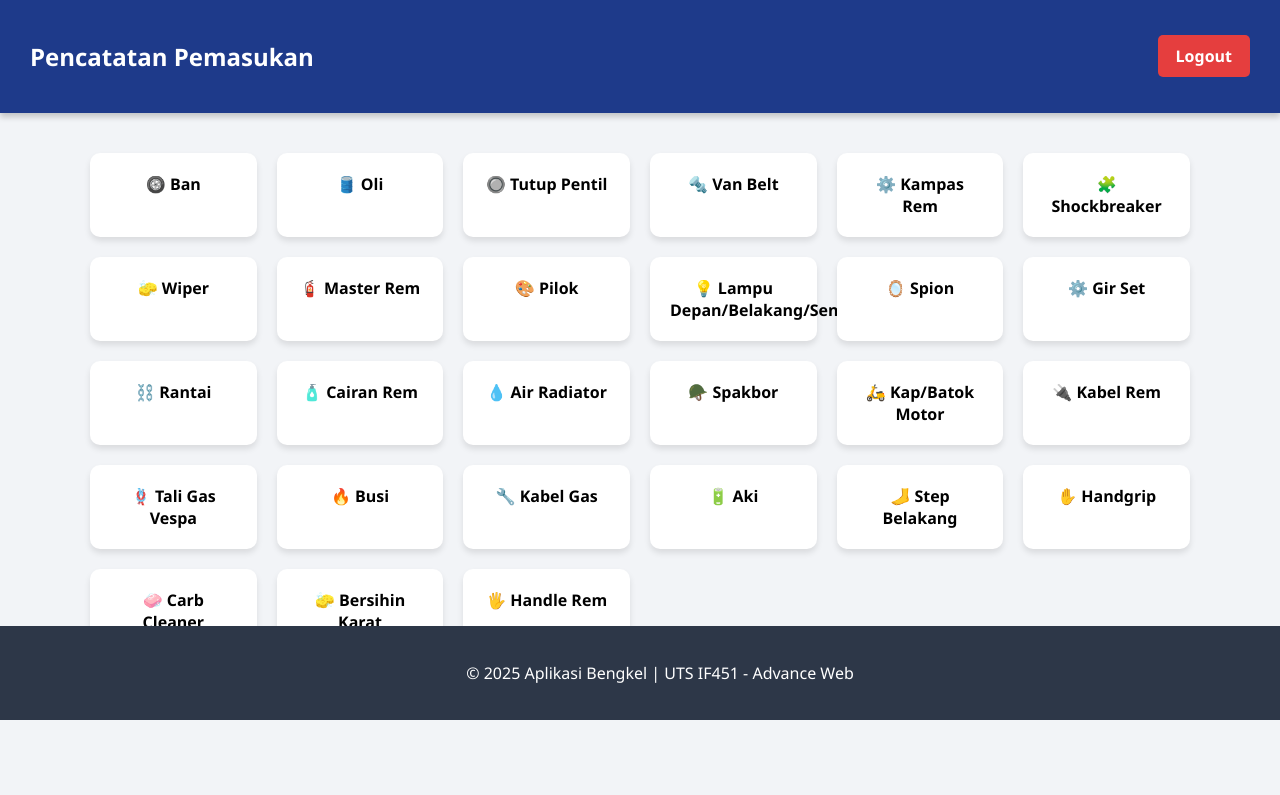
Repository: eligrahphilip/bengkel_managemen
Page: views/admin-income.ejs
The author's editor kept a copy of each file at every save. The page is drawn from the files as they stood at one save, then again after the next save.
The browser window is 1280 px wide. The pictures show the whole page.
The page is served by the project's Node server (server.js). The template is opened directly, without the code that normally fills it, so the values that code supplies are empty.

Above is the page before, as saved 2025-10-10 21:42:40.

After the next save:
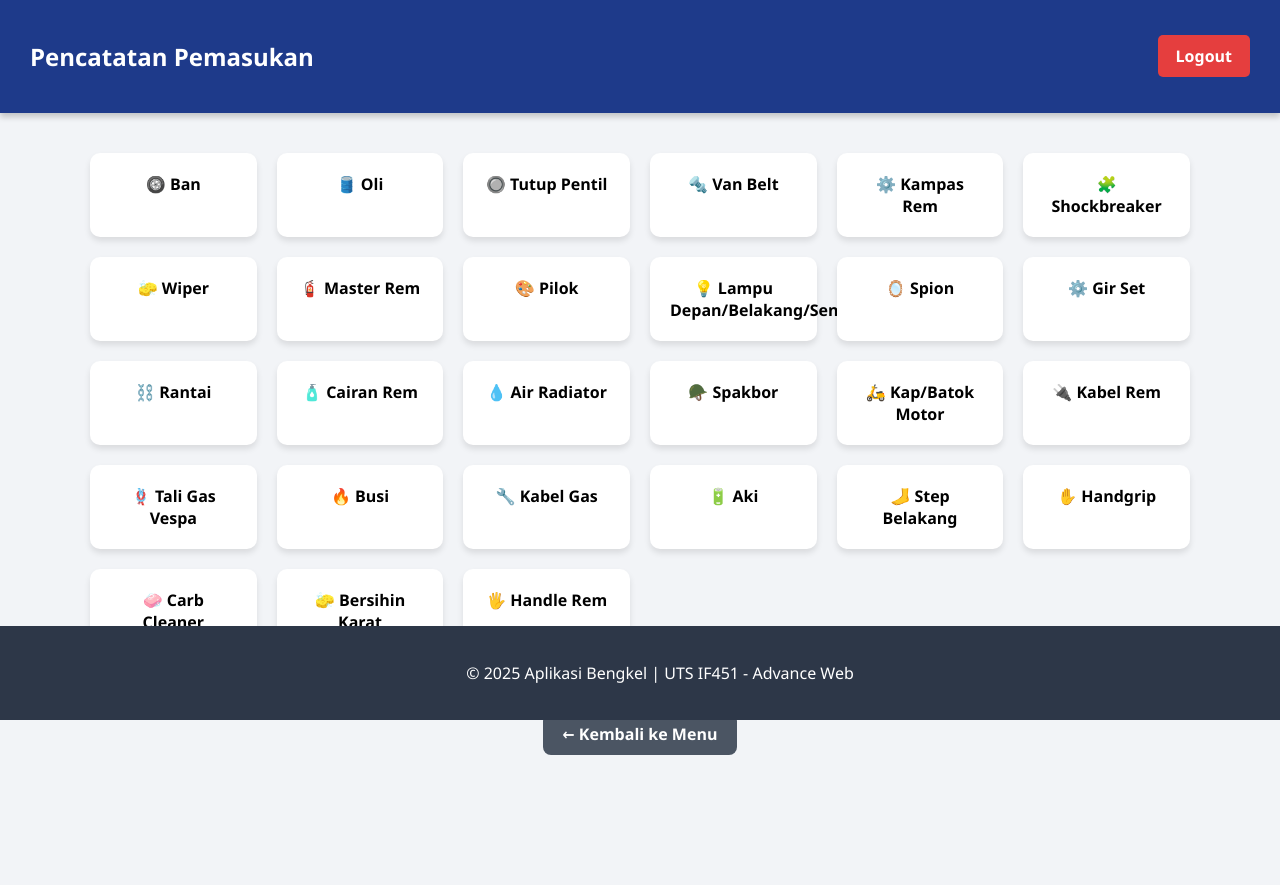
Saved 28 s later.
--- a/public/css/admin/admin-income.css
+++ b/public/css/admin/admin-income.css
@@ -112,6 +112,27 @@ button:hover {
   cursor: pointer;
 }
 
+/* === EXIT BUTTON === */
+.exit-container {
+  text-align: center;
+  margin: 30px 0 60px;
+}
+
+.exit-btn {
+  background-color: #4B5563;
+  color: white;
+  padding: 10px 20px;
+  border-radius: 8px;
+  text-decoration: none;
+  font-weight: bold;
+  transition: 0.3s;
+}
+
+.exit-btn:hover {
+  background-color: #374151;
+}
+
+
 footer {
   text-align: center;
   padding: 20px;
